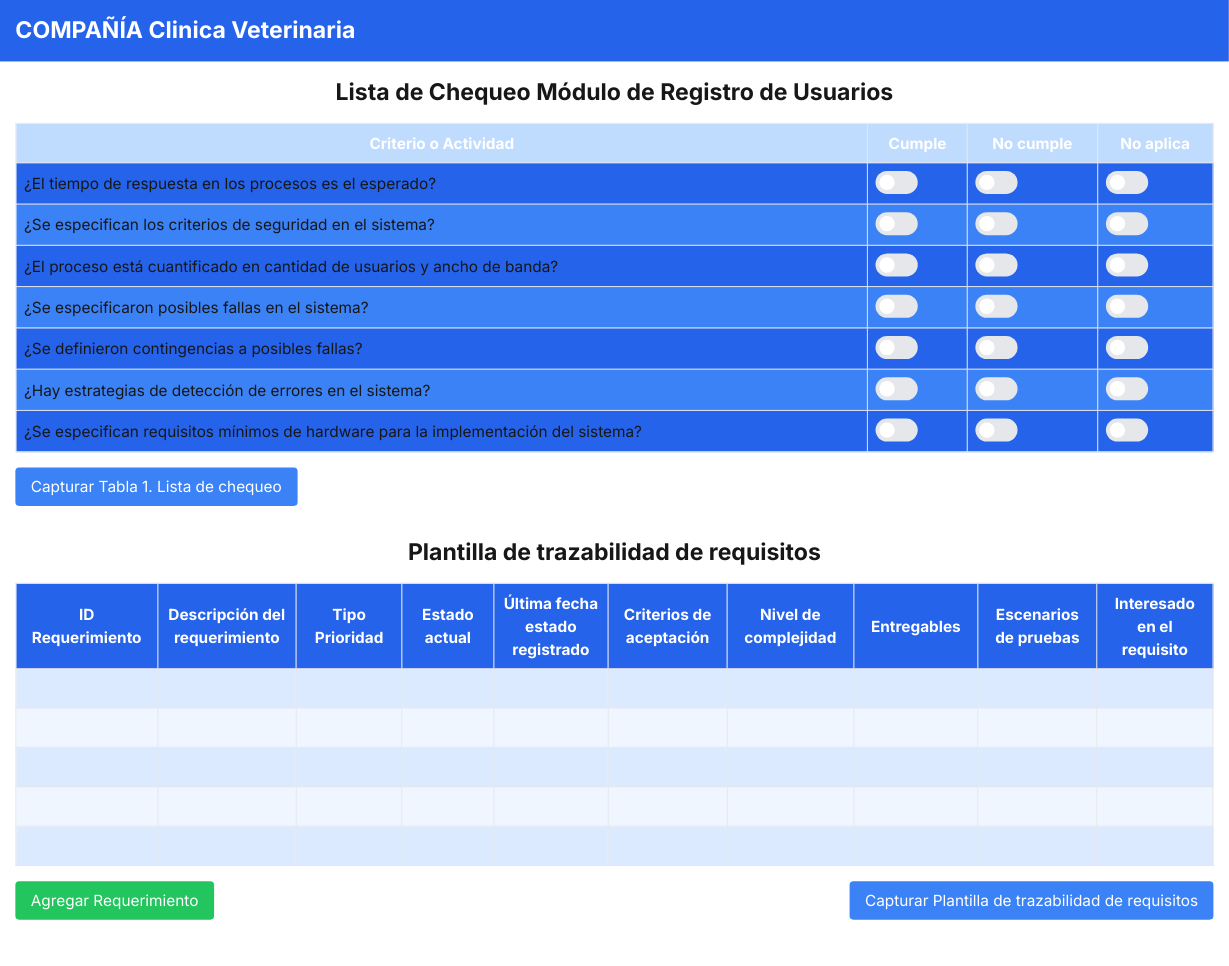
Repository: CiroAlfa/lista-de-Chequeo
Page: /
An editor plug-in stored every save of this project. The page is shown before and after the next save, followed by the edit.
The browser window is 1280 px wide. The pictures show the whole page, at 96% of full size.
The project was rebuilt for these pictures with package versions that can differ from the ones it lists, and the page was loaded fresh each time. The framework's server and built-in components were replaced by stand-ins that run in the browser. Also part of the build but not shown: next.config.mjs.

Above is the page before, as saved 2024-09-27 13:08:03.

After the next save:
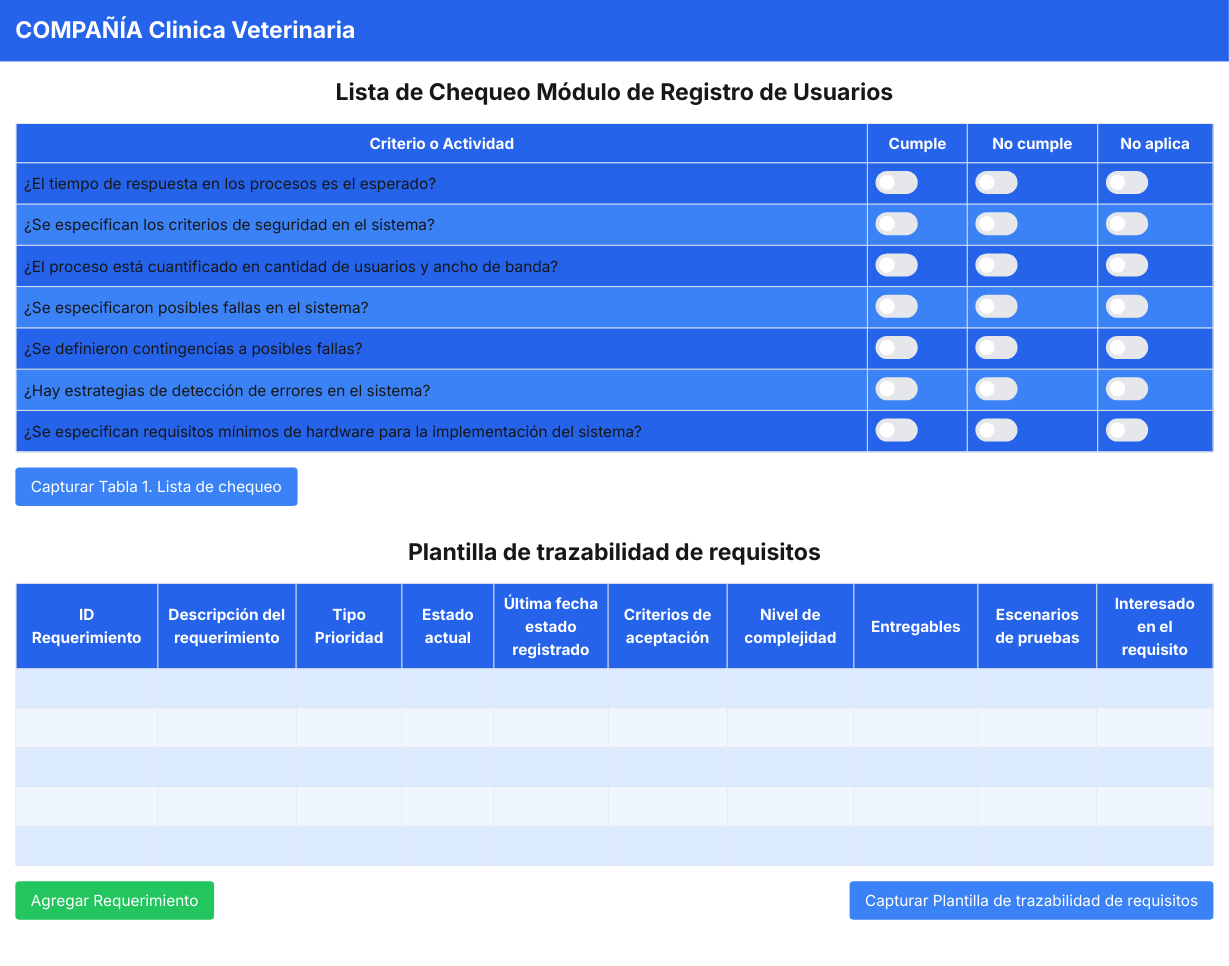
Saved 7 s later.
--- a/src/app/page.tsx
+++ b/src/app/page.tsx
@@ -107,7 +107,7 @@ export default function Home() {
         <h2 className="text-2xl font-bold mb-4 text-center">Lista de Chequeo Módulo de Registro de Usuarios</h2>
         <table className="w-full border-collapse">
           <thead>
-            <tr className="bg-blue-200 text-white">
+            <tr className="bg-blue-600 text-white">
               <th className="border p-2">Criterio o Actividad</th>
               <th className="border p-2">Cumple</th>
               <th className="border p-2">No cumple</th>
